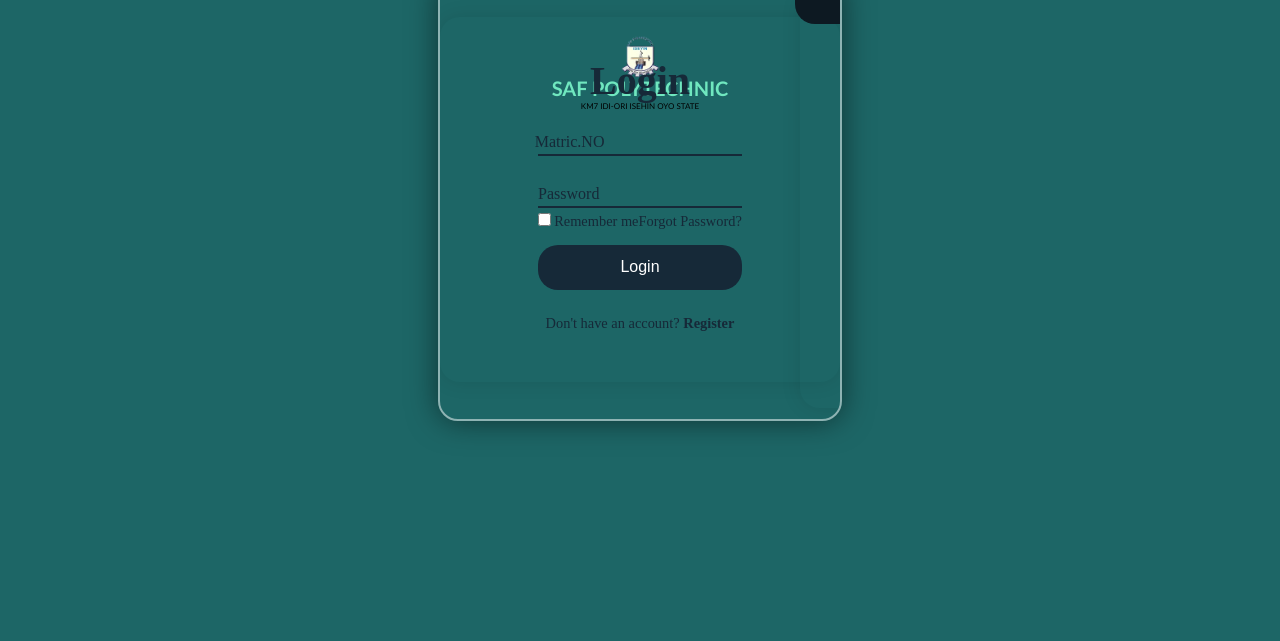
Repository: makinwademila/new-html
Page: index2.html
An editor plug-in stored every save of this project. The page is shown before and after the next save, followed by the edit.
The browser window is 1280 px wide. The pictures show the whole page.
Some icons come from a web library that is not loaded, so they are not drawn.

Above is the page before, as saved 2025-03-05 18:28:19.

After the next save:
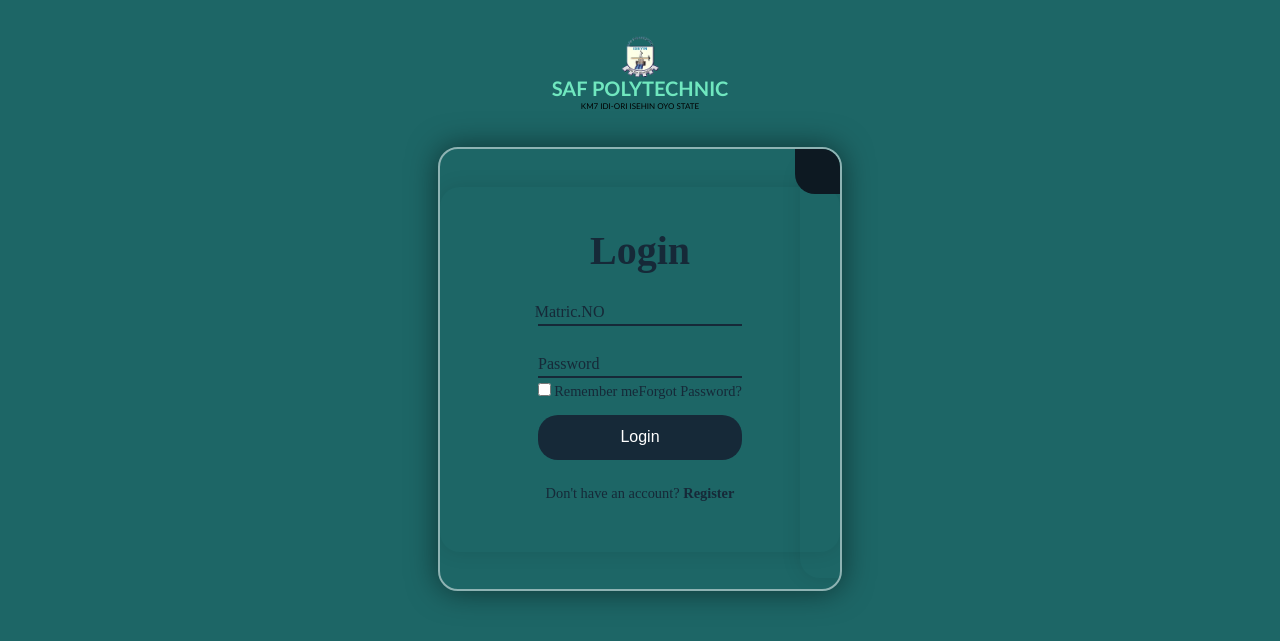
Saved 43 s later.
--- a/style2.css
+++ b/style2.css
@@ -59,7 +59,7 @@
 
 .wrapper {
     position: relative;
-    top: -170px;
+    /*top: -170px;*/
     width: 400px;
     height: 440px;
     background: transparent;
